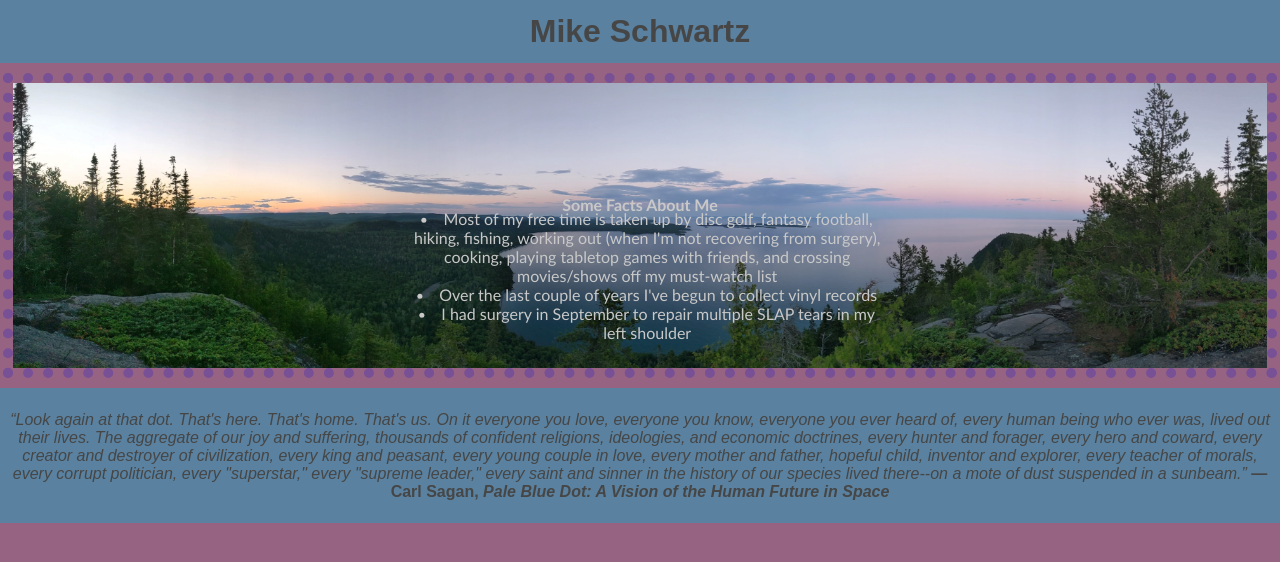
Repository: Ellusionism/prime-pw-week-1-assignment
Page: assignment/index.html
An editor plug-in stored every save of this project. The page is shown before and after the next save, followed by the edit.
The browser window is 1280 px wide. The pictures show the whole page.

Above is the page before, as saved 2022-10-26 17:59:41.

### assignment/index.html
<!DOCTYPE html>
<html>
<head>
    <meta charset="utf-8" />
    <meta http-equiv="X-UA-Compatible" content="IE=edge">
    <!-- Change the <title> from "Page Title" to "Hello World" -->
    <title>Hello World</title>
    <meta name="viewport" content="width=device-width, initial-scale=1">
    <script type="text/javascript" src="helloWorld.js"></script>

    <link rel="stylesheet" type="text/css" media="screen" href="style.css" />
</head>
<body>
    <!-- Create a header element  -->

    <!-- Inside the header, add an <h1> element containing your name -->

    <header>
        <h1 class="name">Mike Schwartz</h1>
    </header>

    <!-- Include an image -->

    <!-- Create an unordered list with 3 list items of fun facts about you -->

    <div class="container">
        <img src="images/mtjosephine.jpg" alt="Mount Josephine summit view" class="img">
        <h4 class="facts">Some Facts About Me</h4>
        <ul class="facts-list">
            <li>Most of my free time is taken up by disc golf, fantasy football, hiking, fishing, working out (when I'm not recovering from surgery), cooking, playing tabletop games with friends, and crossing movies/shows off my must-watch list</li>
            <li>Over the last couple of years I've begun to collect vinyl records</li>
            <li>I had surgery in September to repair multiple SLAP tears in my left shoulder</li>
        </ul>
    </div>

    <!-- Create a footer element -->
    <footer class="fav-quote">
        <p>“Look again at that dot. That's here. That's home. That's us. On it everyone you love, everyone you know, everyone you ever heard of, every human being who ever was, lived out their lives. The aggregate of our joy and suffering, thousands of confident religions, ideologies, and economic doctrines, every hunter and forager, every hero and coward, every creator and destroyer of civilization, every king and peasant, every young couple in love, every mother and father, hopeful child, inventor and explorer, every teacher of morals, every corrupt politician, every "superstar," every "supreme leader," every saint and sinner in the history of our species lived there--on a mote of dust suspended in a sunbeam.”
            <span class="cite">― Carl Sagan,</span><span class="cite-book"> Pale Blue Dot: A Vision of the Human Future in Space</span></p>
    </footer>
    <!-- Inside your footer, put a <p> element with your favorite quote -->
</body>
</html>

### assignment/style.css
/* Give your page a fun background color */
body {
 background-color: rgb(150, 100, 130);
 margin: 0;
 font-family: Arial, Helvetica, sans-serif;
}
/* Make the header and footer a different color from the background */
header {
 background-color: rgb(90, 130, 160);
 margin: 0 0 10px;
 padding: 1%;
}
/* Align the h1 containing your name in the center of the header*/
.name {
 color:rgb(70, 70, 70);
 text-align: center;
 margin: 0;
}
/* Make your p tag a different color and italic */
.fav-quote {
 background-color:rgb(90,130,160);
 margin: 10px 0 0;
 padding: 0.5%;
 color: rgb(70, 70, 70);
 font-style: italic;
 text-align: center;
}

.cite {
 font-style: normal;
 font-weight: bold;
}

.cite-book {
 font-weight: bold;
}
/* Put a border around your image */
.img {
 border: 10px dotted  rgb(120, 80, 150);
 padding: 0;
 display: block;
 margin: auto;
 max-height: 100%;
 max-width: 98%;
}
/* Change the font-family of your list */
.facts {
 color: rgb(200, 200, 200);
 font-family:'Gill Sans', 'Gill Sans MT', Calibri, 'Trebuchet MS', sans-serif;
 position: absolute;
 top: 50%;
 left: 50%;
 transform: translate(-50%, -275%);
}

.facts-list {
 color: rgb(200,200,200);
 font-family:'Gill Sans', 'Gill Sans MT', Calibri, 'Trebuchet MS', sans-serif;
 position: absolute;
 top: 50%;
 left: 50%;
 max-width: 37%;
 max-height: 100%;
 transform: translate(-52.5%, -25%);
 list-style-position: inside;
}

 .container {
  position: relative;
  text-align: center;
 }

Loaded but not shown: assignment/helloWorld.js (common file)

After the next save:
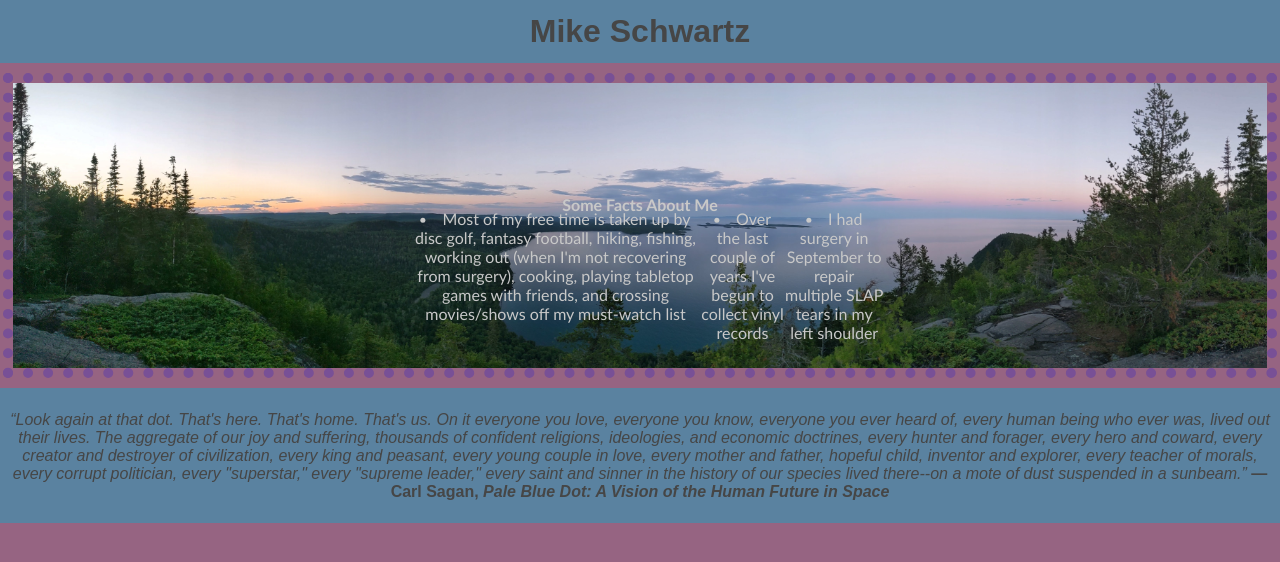
Saved 25 s later.
--- a/assignment/style.css
+++ b/assignment/style.css
@@ -60,9 +60,9 @@
  top: 50%;
  left: 50%;
  max-width: 37%;
- max-height: 100%;
  transform: translate(-52.5%, -25%);
  list-style-position: inside;
+ display: flex;
 }
 
  .container {

After the save that followed:
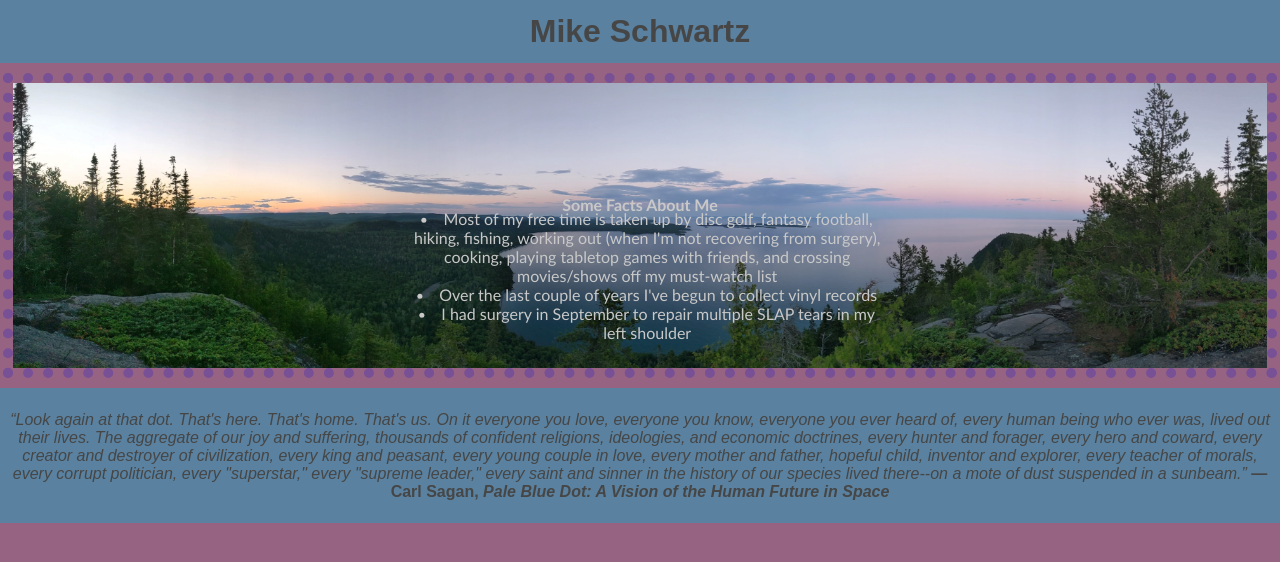
Saved 4 s later.
--- a/assignment/style.css
+++ b/assignment/style.css
@@ -63,6 +63,8 @@
  transform: translate(-52.5%, -25%);
  list-style-position: inside;
  display: flex;
+ flex-direction: column;
+ align-items: center;
 }
 
  .container {
